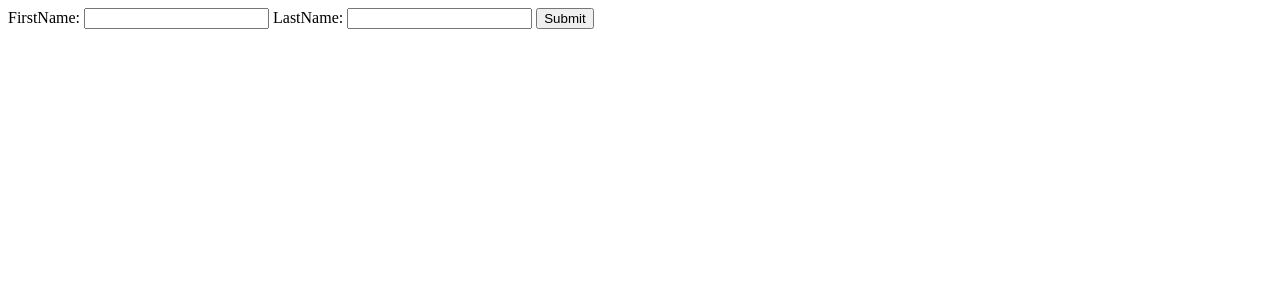
Repository: Tharungandhi/ServeltProject
Page: LginRegistrationApp/WebContent/index.html
The author's editor kept a copy of each file at every save. The page is drawn from the files as they stood at one save, then again after the next save.
The browser window is 1280 px wide. The pictures show the whole page.

Above is the page before, as saved 2019-01-22 06:37:09.

### LginRegistrationApp/WebContent/index.html
<!DOCTYPE html>
<html>
<head>
<meta charset="UTF-8">
<title>Insert title here</title>
</head>
<body>
<form action="login" method="post">
<label>FirstName:</label>
<input text="text" name="firstname" input="" required/>
<label>LastName:</label>
<input text="text" name="firstname" input="" required/>
<input type="submit" name="Submit"/>
</form>
</body>
</html>

After the next save:
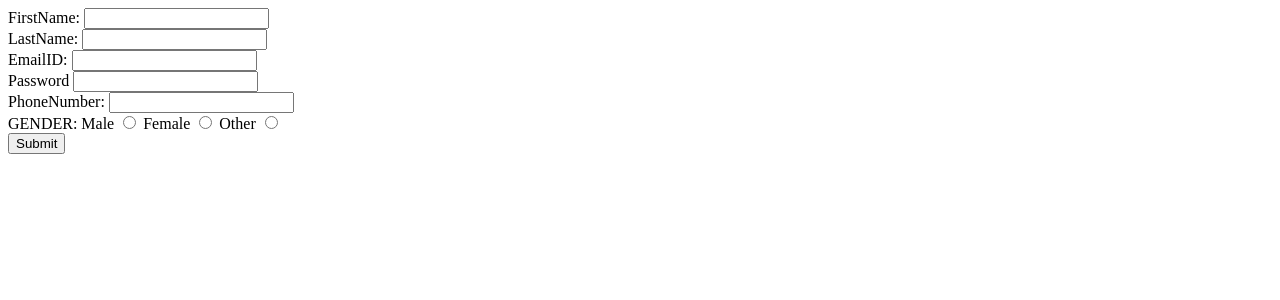
Saved 14 min 38 s later.
--- a/LginRegistrationApp/WebContent/index.html
+++ b/LginRegistrationApp/WebContent/index.html
@@ -6,10 +6,31 @@
 </head>
 <body>
 <form action="login" method="post">
+<div>
 <label>FirstName:</label>
-<input text="text" name="firstname" input="" required/>
+<input type="text" name="firstname" value="" required/> </div>
+<div>
 <label>LastName:</label>
-<input text="text" name="firstname" input="" required/>
+<input type="text" name="lastname" value="" required/> </div>
+<div>
+<label>EmailID:</label>
+<input type="text" name="emailid" value="" required/> </div>
+<div>
+<div>
+<label>Password</label>
+<input type="password" name="password" value="" required/>
+</div>
+<label>PhoneNumber:</label>
+<input type="text" name="phonemunber" value="" required/> </div>
+<div>
+<label>GENDER:</label>
+<label>Male</label>
+<input type="radio" name="gender" value="" required/>
+<label>Female</label>
+<input type="radio" name="gender" value="" required/>
+<label>Other</label>
+<input type="radio" name="gender" value="" required/>
+</div>
 <input type="submit" name="Submit"/>
 </form>
 </body>
